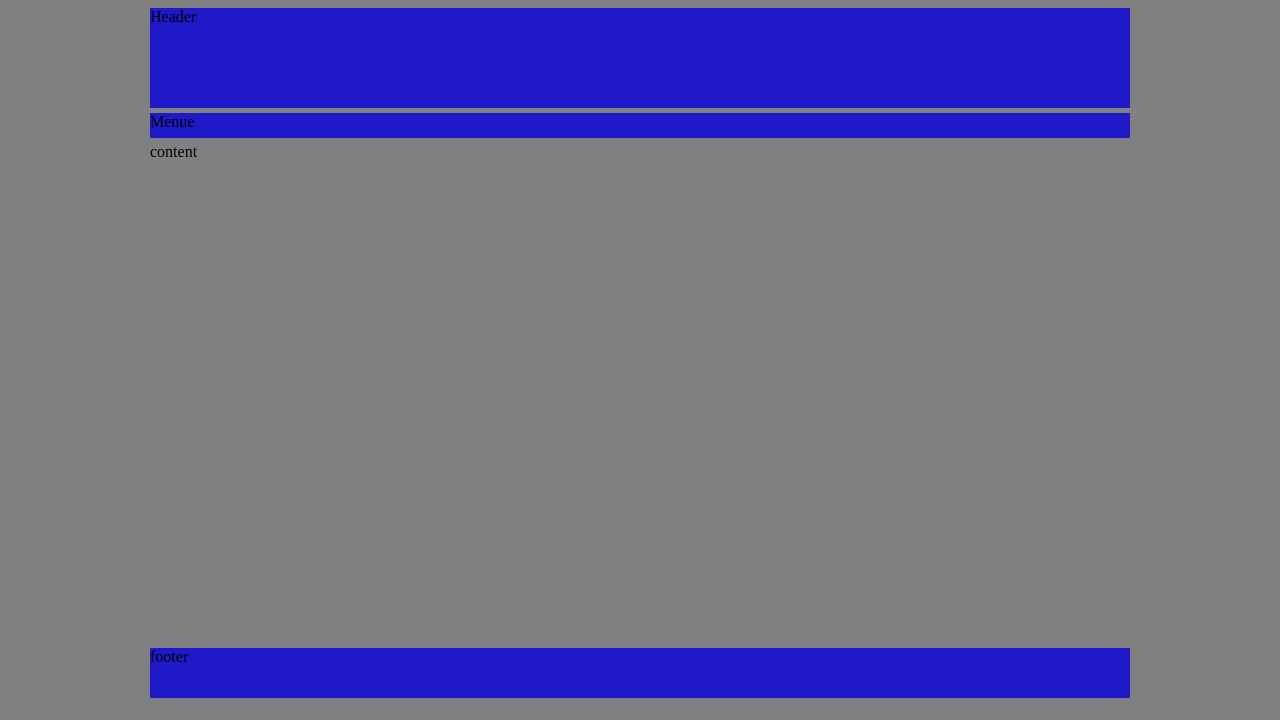
Repository: WebtechTeam7/RentMyStuff
Page: Code/Homepage_Test1/WebContent/META-INF/Index.html
An editor plug-in stored every save of this project. The page is shown before and after the next save, followed by the edit.
The browser window is 1280 px wide. The pictures show the whole page.

Above is the page before, as saved 2014-10-16 14:14:42.

After the next save:
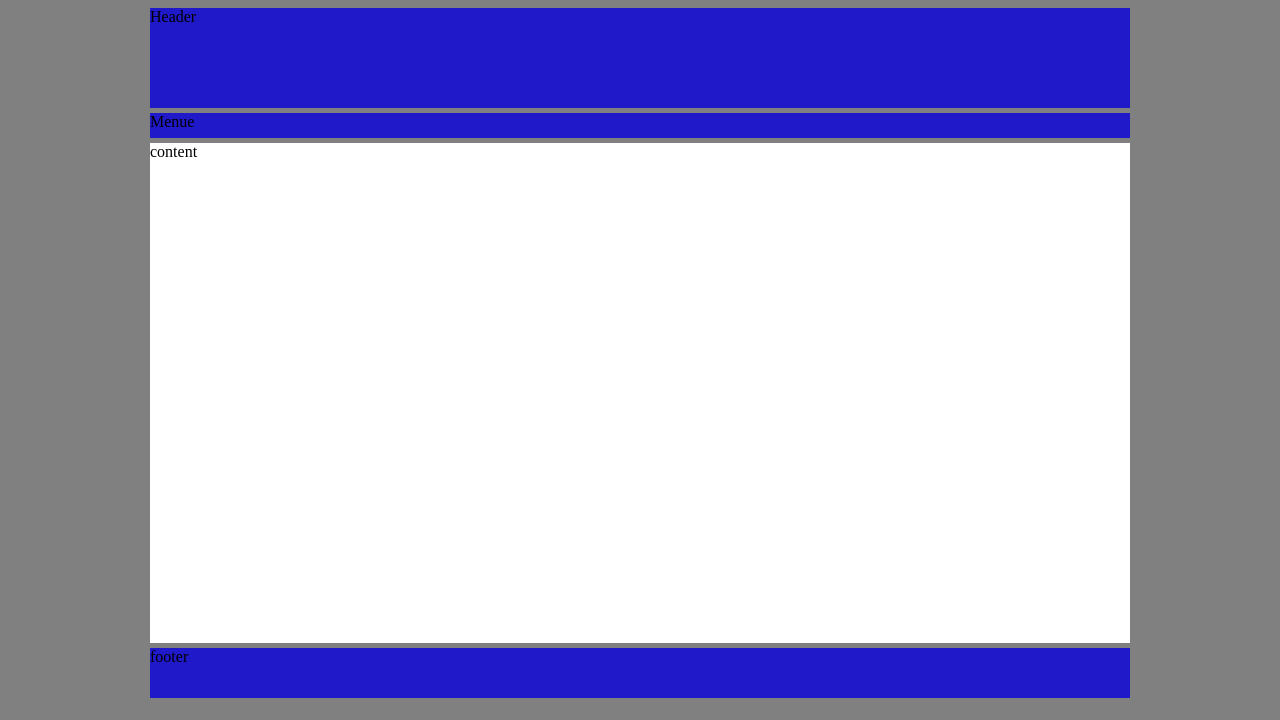
Saved 13 s later.
--- a/Code/Homepage_Test1/WebContent/META-INF/Mystyle.css
+++ b/Code/Homepage_Test1/WebContent/META-INF/Mystyle.css
@@ -27,7 +27,7 @@ body{
 #content{
  width:100%;
  height:500px;
- background-color:gray;
+ background-color: white;
  }
 
  #footer{
